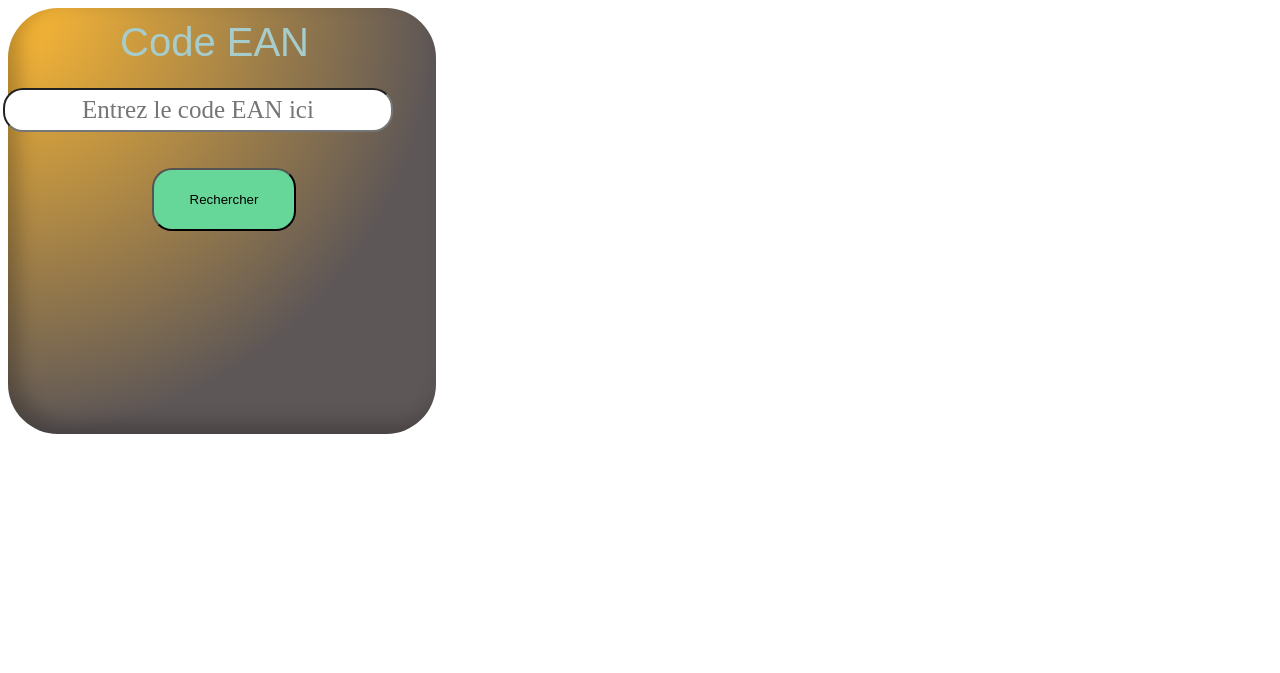
Repository: Zouz01/exo-toucan
Page: index.html
These files come from the project's save history. The page is drawn as it stood at one moment and after the next save; the edit follows.
The browser window is 1280 px wide. The pictures show the whole page.

Above is the page before, as saved 2023-09-21 12:30:34.

After the next save:
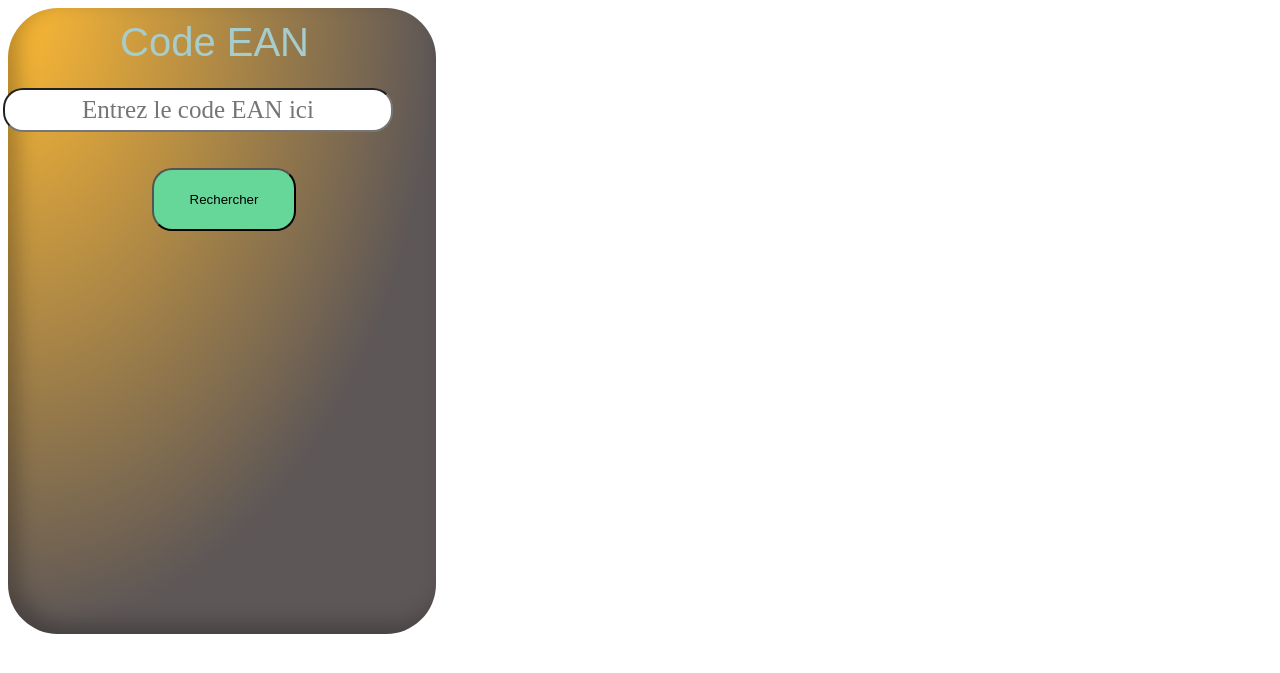
Saved 8 s later.
--- a/main.css
+++ b/main.css
@@ -5,7 +5,7 @@ body {
 
 .container {
     width: 428px;
-    height: 426px;
+    height: 626px;
    position: fixed;
     text-align: center;
 
